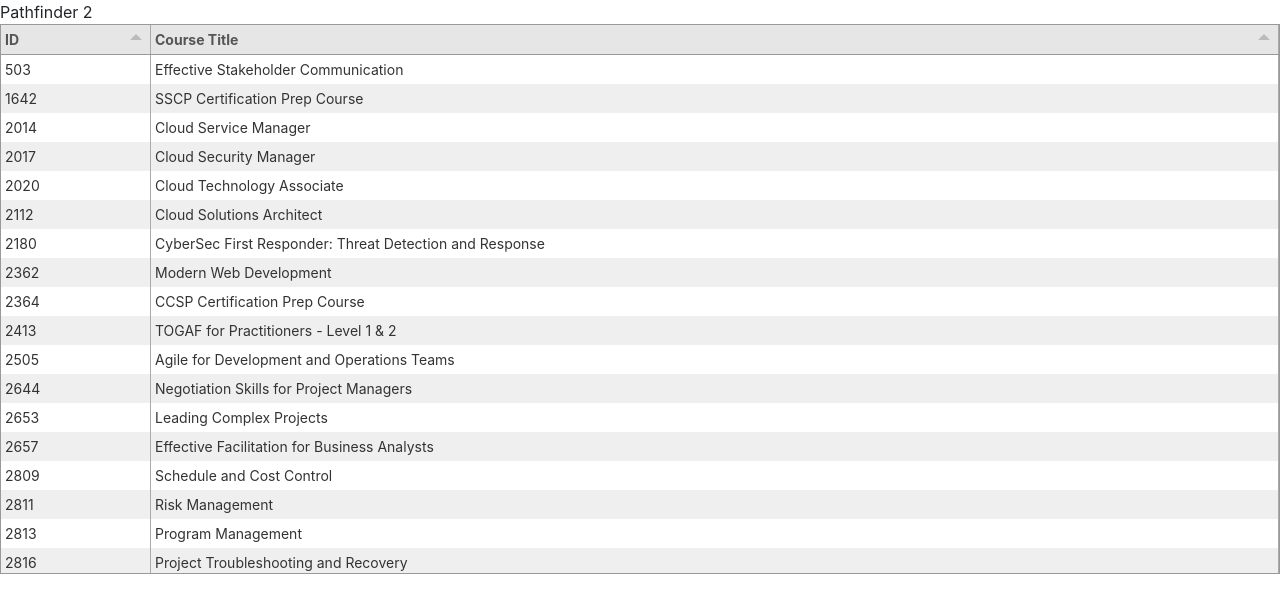
Repository: t1s1/pathfinder2
Page: index.html
The author's editor kept a record of every edit. The page is drawn from the files as they stood at one moment, then again after the next edit.
The browser window is 1280 px wide. The pictures show the whole page.
An inner scrolling area shows only its first screen.

Above is the page before.

After the next edit:
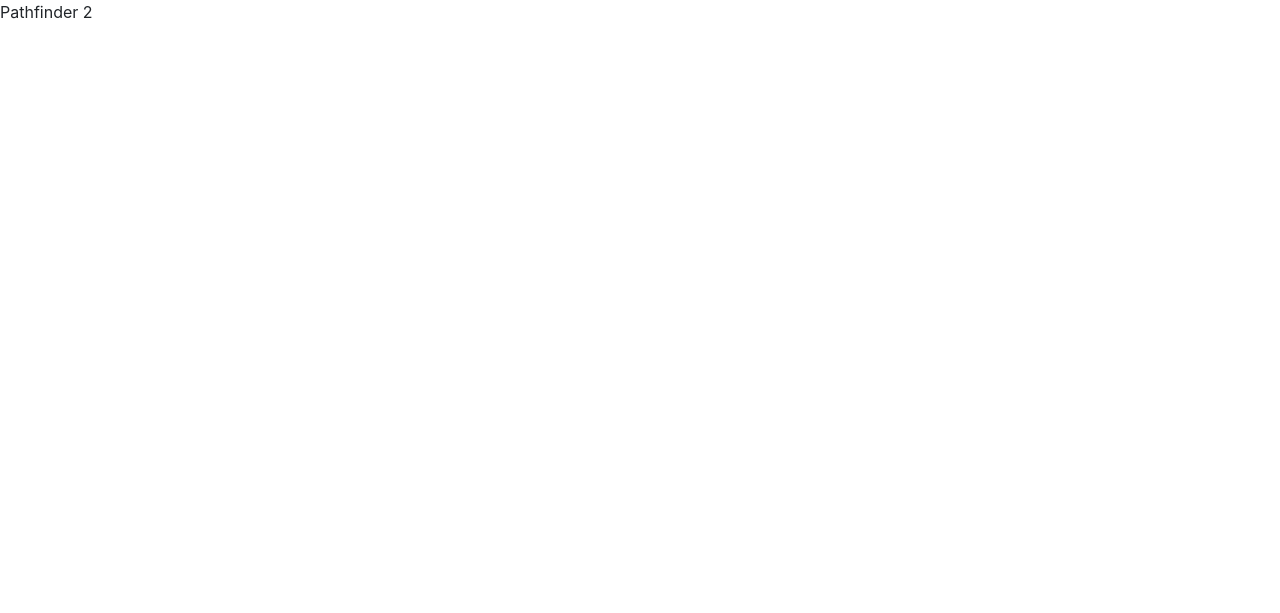
Console error: TypeError: Cannot read properties of null (reading 'tagName')
The edit:
--- a/index.html
+++ b/index.html
@@ -52,7 +52,7 @@
           }
       };
 
-      var table = new Tabulator("#course-table", {
+      var table = new Tabulator("#"+tableName, {
        	height:550,
        	data:data_arr,
        	layout:"fitColumns", //fit columns to width of table (optional)

After the 2 edits that followed:
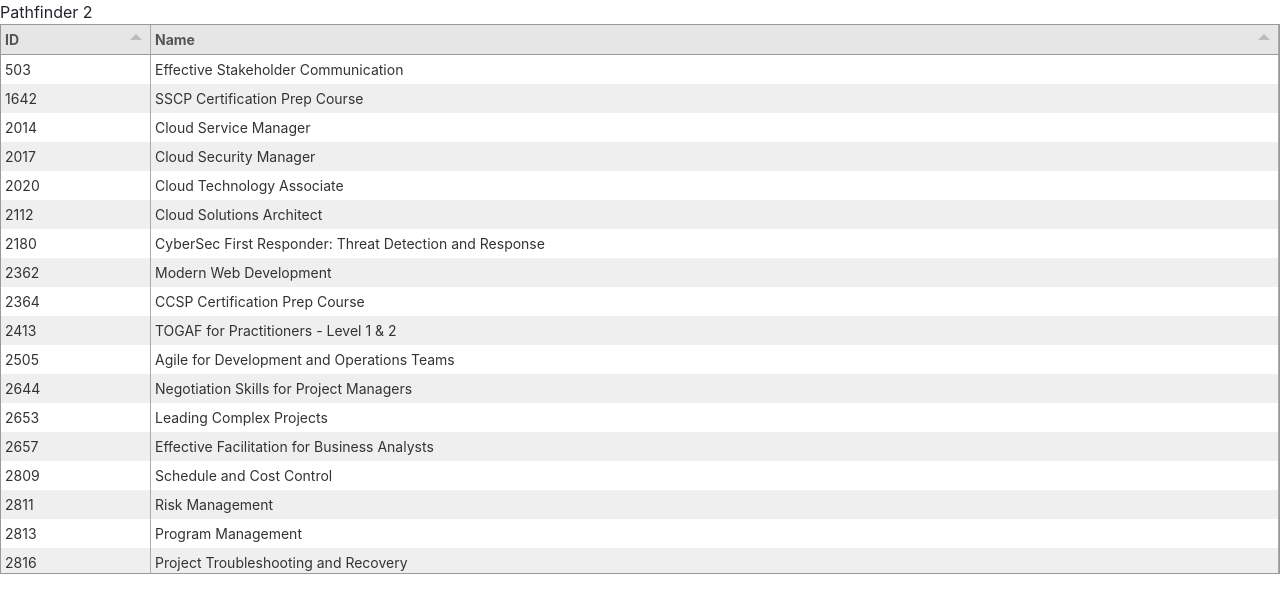
The error is gone.
The 2 edits are shown as one change because 1 left the picture as it was.
The edit:
--- a/index.html
+++ b/index.html
@@ -28,7 +28,7 @@
       });
       */
       $.get( "data/AA_courses.csv", function( data ) {
-        processData(data, "courses")
+        processData(data, "course-table")
       });
     });
 
@@ -57,8 +57,8 @@
        	data:data_arr,
        	layout:"fitColumns", //fit columns to width of table (optional)
        	columns:[ //Define Table Columns
-       	 	{title:"ID", field:"COURSE_ID", width:150},
-       	 	{title:"Course Title", field:"NAME"}
+       	 	{title:"ID", field:headers[0], width:150},
+       	 	{title:"Name", field:headers[1]}
        	],
        	rowClick:function(e, row){ //trigger an alert message when the row is clicked
        			//alert("Row " + row.getData().id + " Clicked!!!!");
